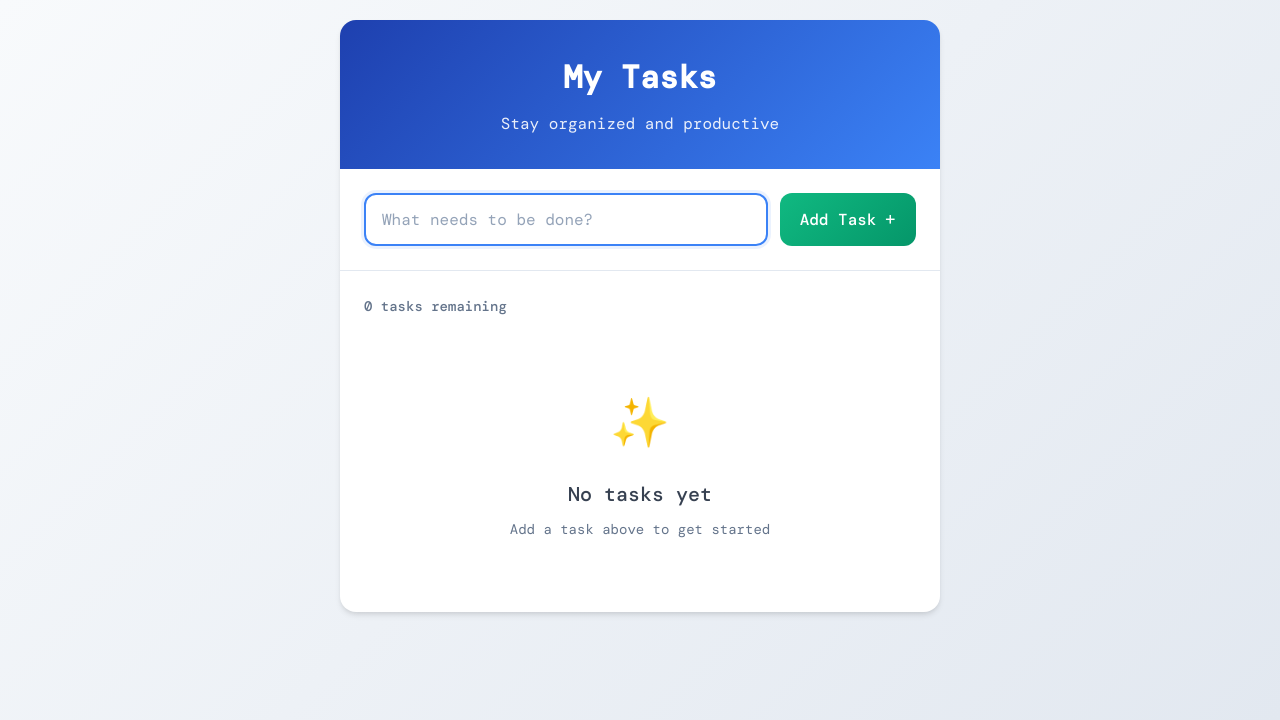
Repository: neelpatel6262/task-manager
Page: index.html
An editor plug-in stored every save of this project. The page is shown before and after the next save, followed by the edit.
The browser window is 1280 px wide. The pictures show the whole page.
Some web fonts or font styles are not loaded; a fallback is used.

Above is the page before, as saved 2025-09-22 13:21:54.

After the next save:
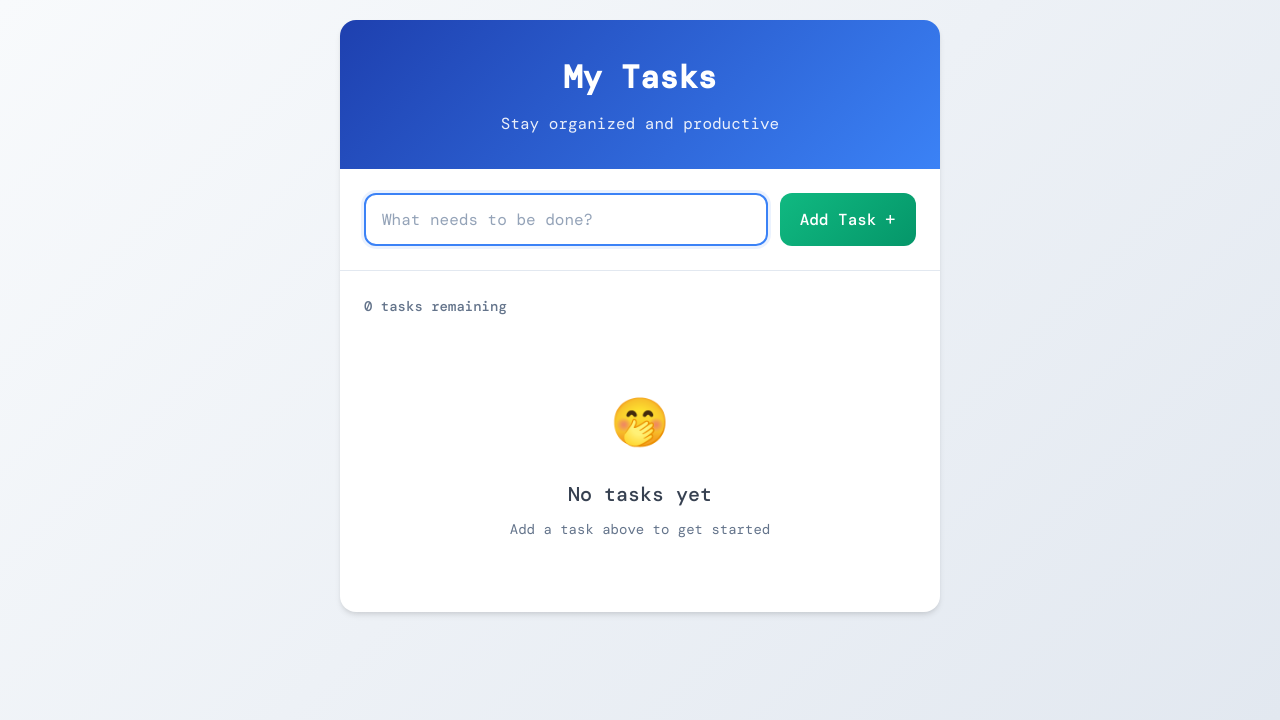
Saved 65 min 33 s later.
--- a/index.html
+++ b/index.html
@@ -46,7 +46,7 @@
         <ul id="tasksList" class="tasks-list"></ul>
 
         <div id="emptyState" class="empty-state">
-          <div class="empty-icon">✨</div>
+          <div class="empty-icon">🤭</div>
           <h3>No tasks yet</h3>
           <p>Add a task above to get started</p>
         </div>
